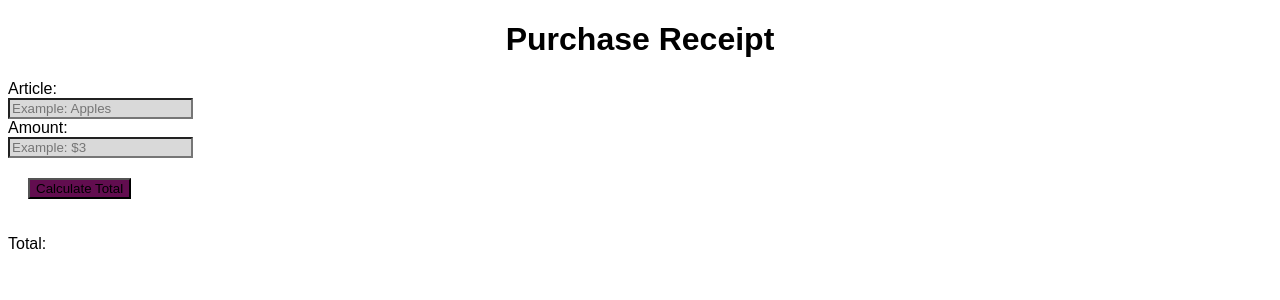
Repository: cokoduwa/js-study-group
Page: exercises/01/index.html
An editor plug-in stored every save of this project. The page is shown before and after the next save, followed by the edit.
The browser window is 1280 px wide. The pictures show the whole page.

Above is the page before, as saved 2023-02-14 21:35:12.

### exercises/01/index.html
<!DOCTYPE html>
<html lang="en">
<head>
    <meta charset="UTF-8">
    <meta http-equiv="X-UA-Compatible" content="IE=edge">
    <meta name="viewport" content="width=device-width, initial-scale=1.0">
    <link rel="stylesheet" href="index.css">

    <title>Coding Warmer - E1 </title>
</head>
<body>


        <h1>Purchase Receipt</h1>


        <section>
            <div>
             <div>
                 <ion-label>Article:</ion-label>
             </div>
               <div>
                  <input placeholder="Example: Apples" id="description"/>
               </div>
            </div>

            <div>
                <div>
                    <ion-label>Amount:</ion-label>
                </div>
                <div>
                    <input placeholder="Example: $3" id="amount"></input>
                </div>
            </div>

            <div>
                <div>
                    <button>Calculate Total</button>
                </div>
            </div>

            <div>
                <div>
                    <ul id="ticket">
                        <!--List of ticket articles here-->
                    </ul>
                </div>
            </div>
            <p id="total">
                Total: <!--Total here-->
            </p>
        </section>

</body>
<script src="index.js"></script>
</html>

### exercises/01/index.css
body {
    font-family: Arial, Helvetica, sans-serif;
}

section {
    margin: 0 auto;
}

h1 {
    text-align: center;
}

input {
    background-color: #D9D9D9;
}

button {
    background-color: #620D4F;
    margin: 20px;
}

Loaded but not shown: exercises/01/index.js (no stored copy; drawn as an empty file)

After the next save:
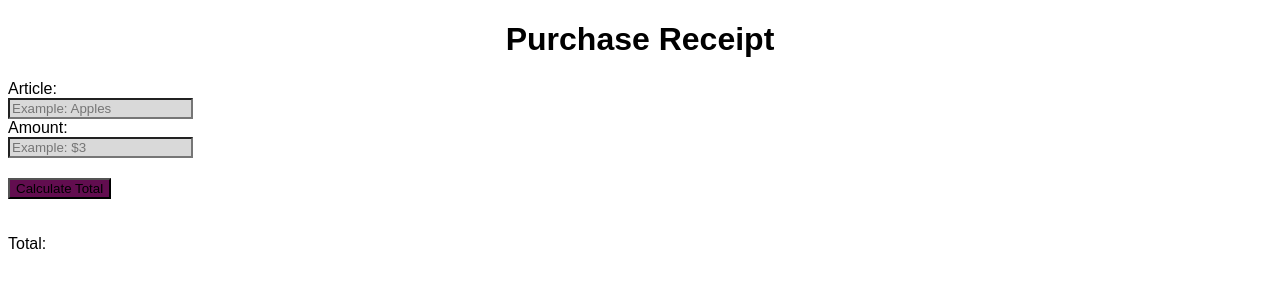
Saved 10 s later.
--- a/exercises/01/index.css
+++ b/exercises/01/index.css
@@ -16,5 +16,5 @@ input {
 
 button {
     background-color: #620D4F;
-    margin: 20px;
+    margin: 20px 0;
 }
